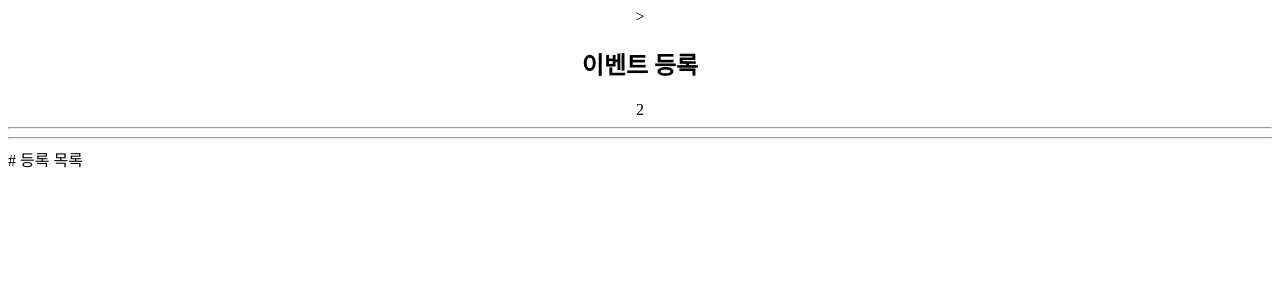
Repository: ljdongz/jsp-study
Page: http://localhost/jspbook/ch06/jdbctest.jsp
An editor plug-in stored every save of this project. The page is shown before and after the next save, followed by the edit.
The browser window is 1280 px wide. The pictures show the whole page.
The page is served by Tomcat 9. Other server files are loaded and not shown. Queries for data that is not in the repository find no rows.

Above is the page before, as saved 2022-10-12 01:36:19.

### jspbook/src/main/webapp/ch06/jdbctest.jsp
<%@ page language="java" contentType="text/html; charset=UTF-8" pageEncoding="UTF-8" import="java.sql.*"%>
<!DOCTYPE html>
<%
request.setCharacterEncoding("UTF-8");
%>
<%
Connection conn = null;
PreparedStatement pstmt = null;
String jdbc_driver = "com.mysql.cj.jdbc.Driver";
String jdbc_url = "jdbc:mysql://localhost/jspdb?allowPublicKeyRetrieval=true&useUnicode=true&characterEncoding=utf8&useSSL=false&serverTimezone=UTC";
try {
	Class.forName(jdbc_driver);
	conn = DriverManager.getConnection(jdbc_url, "jspbook", "wjdehd3985");
	String sql = "insert into jdbc_test value(?,?)";
	pstmt = conn.prepareStatement(sql);
	pstmt.setString(1, request.getParameter("username"));
	pstmt.setString(2, request.getParameter("email"));

	if (request.getParameter("username") != null) {
		pstmt.executeUpdate();
	}
} catch (Exception e) {
	System.out.println(e);
}
%>
<html>
<head>
<meta http-equiv="Content-Type" content="text/html; charset=UTF-8">
<title>JDBC TEST JSP</title>
</head>
<body>
	<div align="center">
		>
		<H2>이벤트 등록</H2>
		2
		<HR>
		<form name=form1 method=post></form>
		<HR>
	</div>
	# 등록 목록 <P>
	<%
		try{
			String sql="select username, email from jdbc_test";
			pstmt = conn.prepareStatement(sql);
			ResultSet rs = pstmt.executeQuery();
			int i = 1;

			while(rs.next()){
				out.println(i + ": "+ rs.getString(1) + ", " + rs.getString(2) + "<br>");
				i++;
			}
			rs.close();
			pstmt.close();
			conn.close();
		}catch(Exception e){
			System.out.println(e);
		}
	%>
</body>
</html>

After the next save:
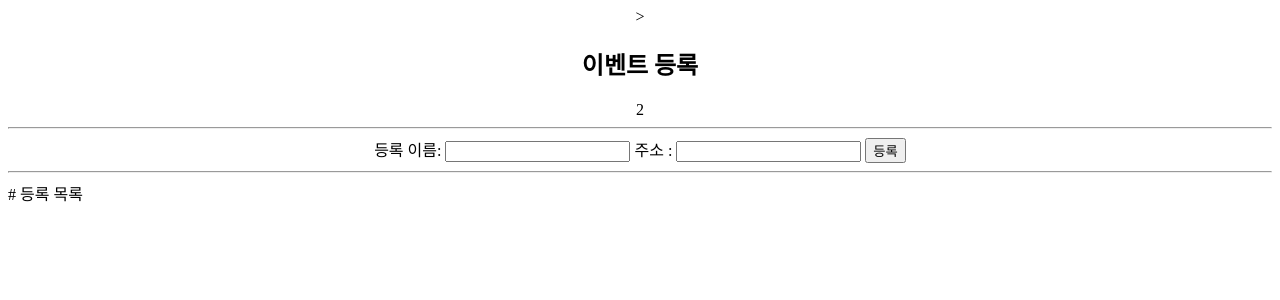
Saved 2 min 20 s later.
--- a/jspbook/src/main/webapp/ch06/jdbctest.jsp
+++ b/jspbook/src/main/webapp/ch06/jdbctest.jsp
@@ -34,27 +34,33 @@ try {
 		<H2>이벤트 등록</H2>
 		2
 		<HR>
-		<form name=form1 method=post></form>
+		<form name=form1 method=post>
+			등록 이름: <input type=text name=username>
+			주소 : <input type=text name=email size=20>
+			<input type=submit value="등록">
+		</form>
 		<HR>
 	</div>
-	# 등록 목록 <P>
-	<%
-		try{
-			String sql="select username, email from jdbc_test";
+	# 등록 목록
+	<P>
+		<%
+		try {
+			String sql = "select username, email from jdbc_test";
 			pstmt = conn.prepareStatement(sql);
 			ResultSet rs = pstmt.executeQuery();
 			int i = 1;
 
-			while(rs.next()){
-				out.println(i + ": "+ rs.getString(1) + ", " + rs.getString(2) + "<br>");
+			while (rs.next()) {
+				out.println(i + ": " + rs.getString(1) + ", " + rs.getString(2) + "<br>");
 				i++;
 			}
 			rs.close();
 			pstmt.close();
 			conn.close();
-		}catch(Exception e){
+		} catch (Exception e) {
 			System.out.println(e);
 		}
-	%>
+		%>
+
 </body>
 </html>
